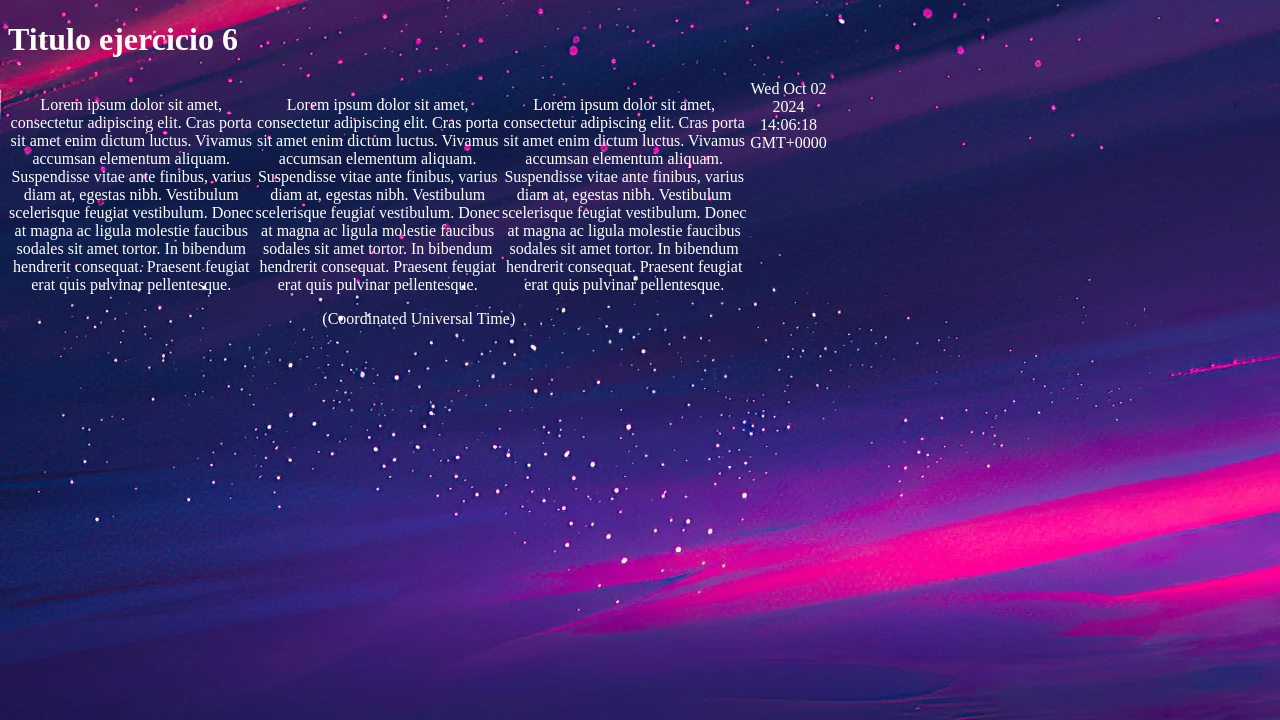
Repository: demoniers/clase
Page: lenguajes/html/ejercicio6/src/index.html
These files come from the project's save history. The page is drawn as it stood at one moment and after the next save; the edit follows.
The browser window is 1280 px wide. The pictures show the whole page.

Above is the page before, as saved 2024-10-08 13:07:23.

### lenguajes/html/ejercicio6/src/index.html
<!DOCTYPE html>
<html>
  <head>
    <base href="../img/">
    <title>Hojas de Estilo</title>
    <link rel="icon" type="image/x-icon" href="../img/icon.ico">
    <link rel="stylesheet" href="../style/style.css" />
    <meta name="author" content="Diego" />
    <meta name="description" content="Esto es una web" />
    <!---meta http-equiv="refresh" content="60; URL=http://www.google.com/" /> -->
  </head>

  <body>
    <h1 class="encabezado">Titulo ejercicio 6</h1>
    <div id="container">
      <div class="content" id="conent1">
        <p>Lorem ipsum dolor sit amet, consectetur adipiscing elit. Cras porta sit amet enim dictum luctus. Vivamus accumsan elementum aliquam. Suspendisse vitae ante finibus, varius diam at, egestas nibh. Vestibulum scelerisque feugiat vestibulum. Donec at magna ac ligula molestie faucibus sodales sit amet tortor. In bibendum hendrerit consequat. Praesent feugiat erat quis pulvinar pellentesque.</p>
      </div>
      <div class="content" id="conent3">
        <p>Lorem ipsum dolor sit amet, consectetur adipiscing elit. Cras porta sit amet enim dictum luctus. Vivamus accumsan elementum aliquam. Suspendisse vitae ante finibus, varius diam at, egestas nibh. Vestibulum scelerisque feugiat vestibulum. Donec at magna ac ligula molestie faucibus sodales sit amet tortor. In bibendum hendrerit consequat. Praesent feugiat erat quis pulvinar pellentesque.</p>
      </div>
      <div class="content" id="conent2">
        <p>Lorem ipsum dolor sit amet, consectetur adipiscing elit. Cras porta sit amet enim dictum luctus. Vivamus accumsan elementum aliquam. Suspendisse vitae ante finibus, varius diam at, egestas nibh. Vestibulum scelerisque feugiat vestibulum. Donec at magna ac ligula molestie faucibus sodales sit amet tortor. In bibendum hendrerit consequat. Praesent feugiat erat quis pulvinar pellentesque.</p>
      </div>
      <p id="fh"></p>
    </div>
  </body>
  <script>
    fecha = document.getElementById("fh");
    f = new Date();
    fecha.innerHTML = f;
</script>
</html>

### lenguajes/html/ejercicio6/style/style.css
        /* Estilo que aplica al cuerpo de la página */
        body {
            background-color: #ae58bb;
            background-image: url(../img/fondo.jpg);
            color: white;
        }
        .encabezado {
            width: 25%;
        }
        #container {
            width: 65%;
            text-align: center;
        }
        .content {
            float: left;
            width: 30%;
        }

After the next save:
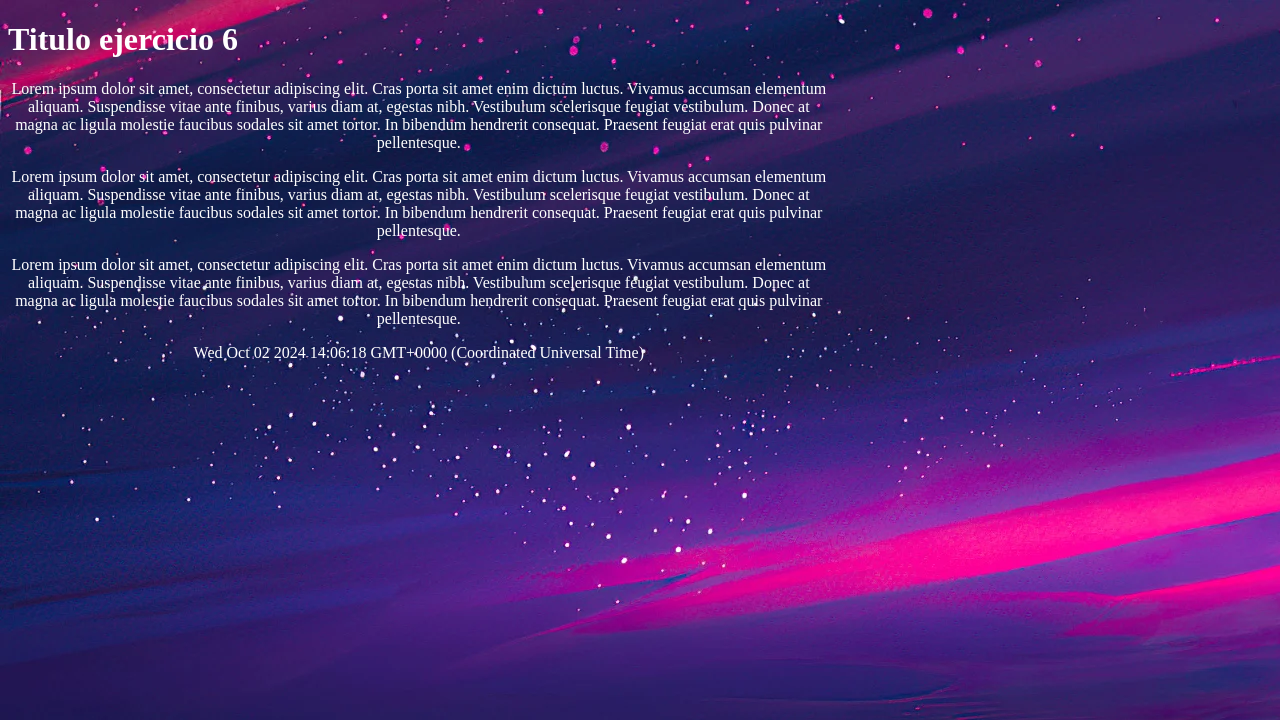
Saved 11 s later.
--- a/lenguajes/html/ejercicio6/style/style.css
+++ b/lenguajes/html/ejercicio6/style/style.css
@@ -11,7 +11,3 @@
             width: 65%;
             text-align: center;
         }
-        .content {
-            float: left;
-            width: 30%;
-        }
